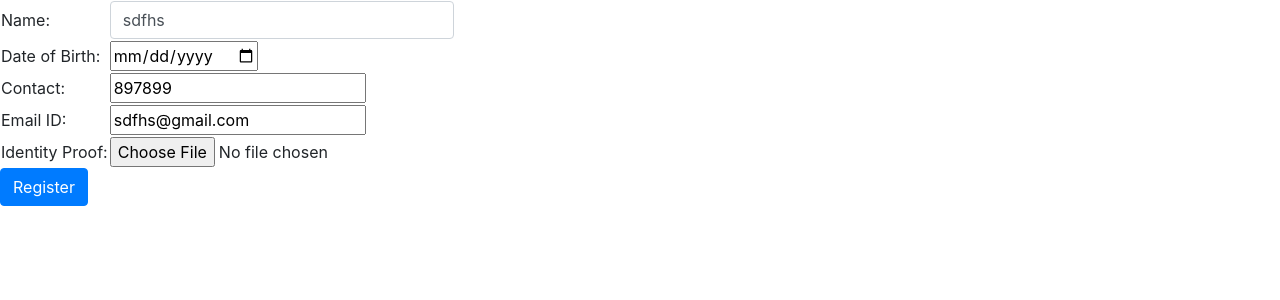
Repository: piyushrulesyou/CasinoGameApplication
Page: http://localhost/adminPanel/RegisterUser.jsp
The author's editor kept a copy of each file at every save. The page is drawn from the files as they stood at one save, then again after a run of saves.
The browser window is 1280 px wide. The pictures show the whole page.
The page is served by Tomcat 9. Nobody is signed in. The application's start-up code is not run.

Above is the page before, as saved 2019-10-31 09:38:13.
Console error: TypeError: Cannot read properties of undefined (reading 'setDefaults')

After the next 2 saves:
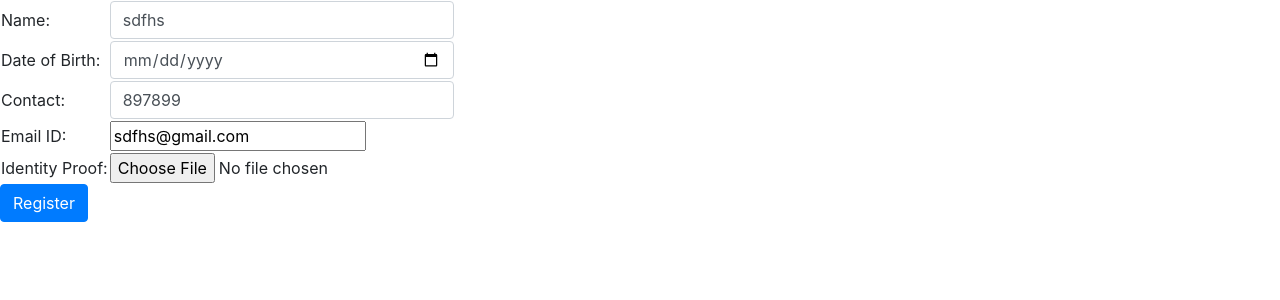
The 2 saves are shown as one change because they came seconds apart.
The last was saved 11 s later.
--- a/AdminPanel/adminPanel/src/main/webapp/RegisterUser.jsp
+++ b/AdminPanel/adminPanel/src/main/webapp/RegisterUser.jsp
@@ -48,13 +48,13 @@
 
 				<tr>
 					<td>Date of Birth:</td>
-					<td><input type="date" name="dateOfBirth" id="dateOfBirth"
+					<td><input type="date" class="form-control" name="dateOfBirth" id="dateOfBirth"
 						placeholder="Enter DOB" required="required"></td>
 				</tr>
 
 				<tr>
 					<td>Contact:</td>
-					<td><input type="number" name="contactNumber"
+					<td><input type="number" class="form-control" name="contactNumber"
 						id="contactNumber" placeholder="Enter Contact Number" value=897899
 						required="required"></td>
 				</tr>
